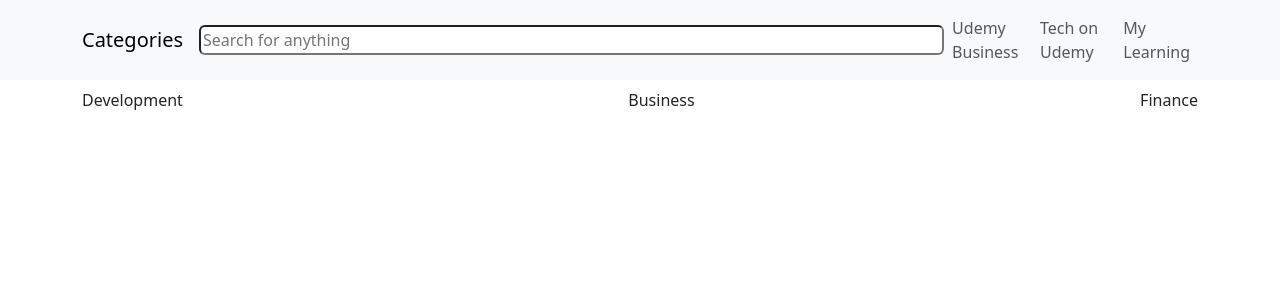
Repository: Taniafdes/newProject
Page: /home/navbar
These files come from the project's save history. The page is drawn as it stood at one moment and after a run of saves; the edit follows.
The browser window is 1280 px wide. The pictures show the whole page.
The project was rebuilt for these pictures with package versions that can differ from the ones it lists, and the page was loaded fresh each time. The framework's server and built-in components were replaced by stand-ins that run in the browser. Also part of the build but not shown: next.config.js.

Above is the page before, as saved 2023-06-15 14:02:31.

After the next 2 saves:
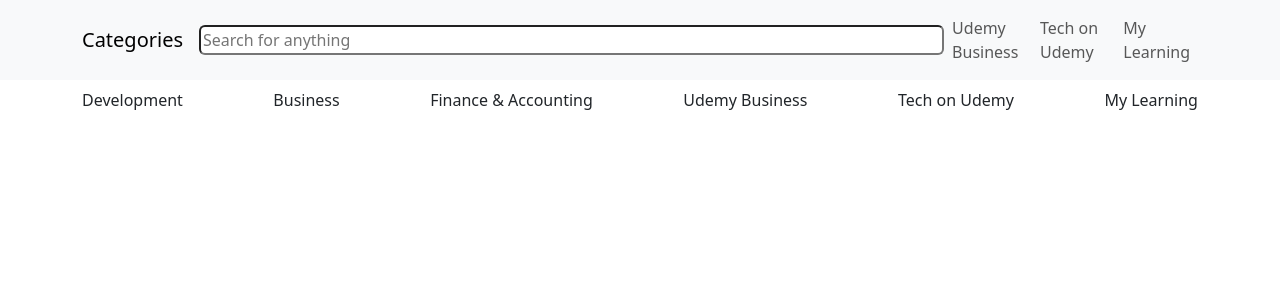
The 2 saves are shown as one change because they came seconds apart.
The last was saved 8 s later.
--- a/pages/home/navbar.js
+++ b/pages/home/navbar.js
@@ -28,7 +28,10 @@
       <Container>
             <Nav.Link href="#home">Development</Nav.Link>
             <Nav.Link href="#link">Business</Nav.Link>
-            <Nav.Link href="#link">Finance </Nav.Link>
+            <Nav.Link href="#link">Finance & Accounting</Nav.Link>
+            <Nav.Link href="#home">Udemy Business</Nav.Link>
+            <Nav.Link href="#link">Tech on Udemy</Nav.Link>
+            <Nav.Link href="#link">My Learning</Nav.Link>
       </Container>
     </Navbar>
     </div>
